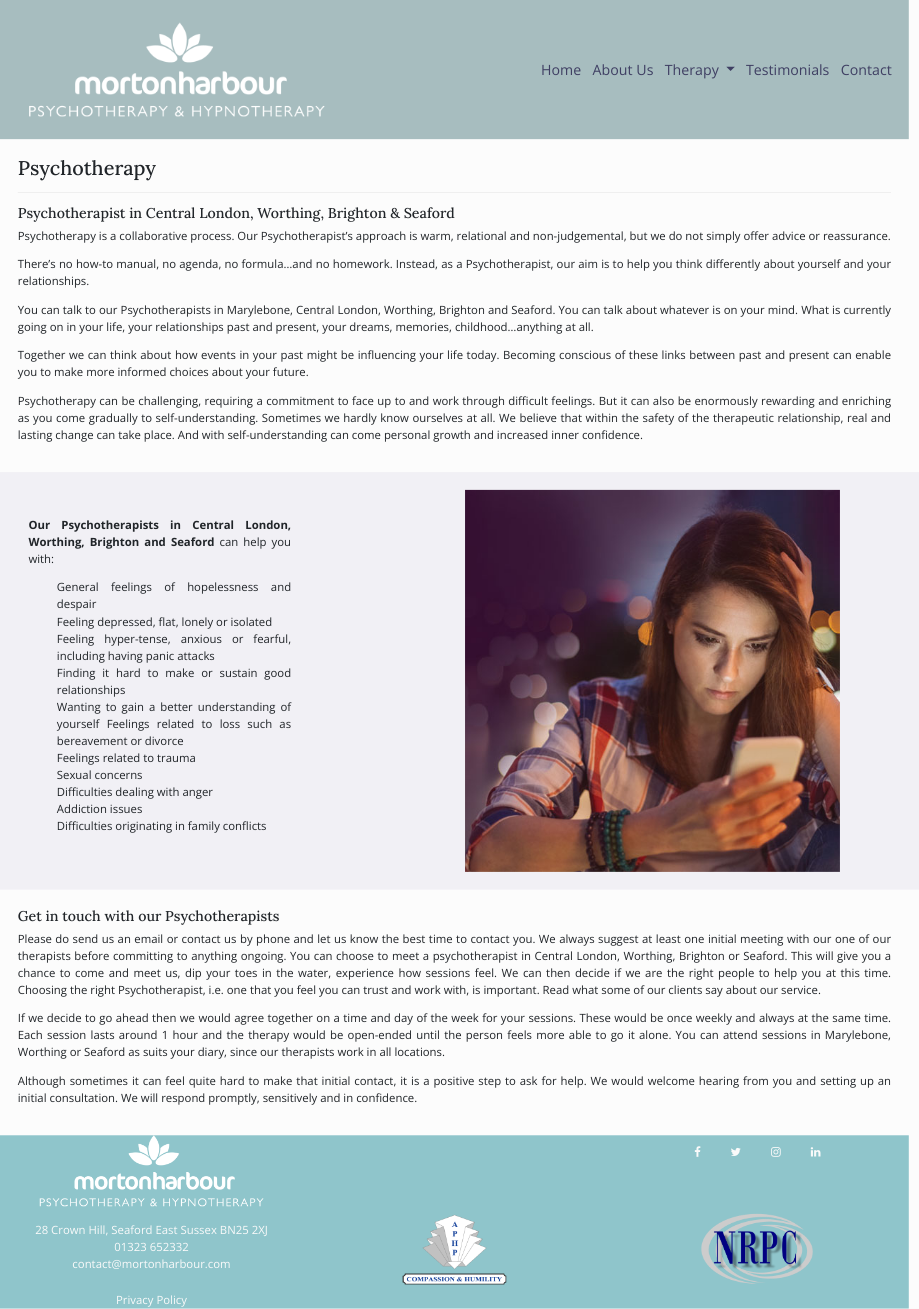
Repository: Code-Institute-Submissions/mortonharbour
Page: psychotherapy.html
The author's editor kept a record of every edit. The page is drawn from the files as they stood at one moment, then again after the next edit.
The browser window is 1280 px wide. The page is 1295 px wide, so the pictures cover 1295 px, including what lies to the right of the window. The pictures show the whole page, at 71% of full size.
Some web libraries are served in a nearby version.

Above is the page before.

### psychotherapy.html
<!DOCTYPE html>
<html lang="en">

<head>
    <meta charset="UTF-8">
    <meta name="viewport" content="width=device-width, initial-scale=1.0">
    <meta http-equiv="X-UA-Compatible" content="ie=edge">

    <!--Links to Bootstrap, JavaScript and FontAwesome cdn, customer style.css file-->
    <link rel="stylesheet" href="https://stackpath.bootstrapcdn.com/bootstrap/4.4.0/css/bootstrap.min.css" integrity="sha384-SI27wrMjH3ZZ89r4o+fGIJtnzkAnFs3E4qz9DIYioCQ5l9Rd/7UAa8DHcaL8jkWt" crossorigin="anonymous">
    <link rel="stylesheet" href="https://stackpath.bootstrapcdn.com/font-awesome/4.7.0/css/font-awesome.min.css" type="text/css" />
    <script src="https://code.jquery.com/jquery-3.2.1.slim.min.js" integrity="sha384-KJ3o2DKtIkvYIK3UENzmM7KCkRr/rE9/Qpg6aAZGJwFDMVNA/GpGFF93hXpG5KkN" crossorigin="anonymous"></script>
    <script src="https://cdnjs.cloudflare.com/ajax/libs/popper.js/1.11.0/umd/popper.min.js" integrity="sha384-b/U6ypiBEHpOf/4+1nzFpr53nxSS+GLCkfwBdFNTxtclqqenISfwAzpKaMNFNmj4" crossorigin="anonymous"></script>
    <script src="https://maxcdn.bootstrapcdn.com/bootstrap/4.0.0-beta/js/bootstrap.min.js" integrity="sha384-h0AbiXch4ZDo7tp9hKZ4TsHbi047NrKGLO3SEJAg45jXxnGIfYzk4Si90RDIqNm1" crossorigin="anonymous"></script>

    <link rel="stylesheet" href="assets/css/style.css" />

    <title>Psychotherapy</title>
</head>

<body>
    <header>
        <nav class="navbar navbar-expand-lg navbar-light">
            <a href="index.html" class="col-sm-4 logo"><span class="sr-only">Home</span></a>
            <button class="navbar-toggler" type="button" data-toggle="collapse" data-target="#navbarSupportedContent" aria-controls="navbarSupportedContent" aria-expanded="false" aria-label="Toggle navigation">
            <span class="navbar-toggler-icon"></span>
            </button>
            <div class="collapse navbar-collapse justify-content-end" id="navbarSupportedContent">
                <ul class="navbar-nav">
                    <li class="nav-item active">
                        <a class="nav-link" href="index.html">Home</a>
                    </li>
                    <li class="nav-item active">
                        <a class="nav-link" href="about us.html">About Us</a>
                    </li>
                    <li class="nav-item dropdown">
                        <a class="nav-link dropdown-toggle" href="therapy.html" id="navbarDropdown" role="button" data-toggle="dropdown" aria-haspopup="true" aria-expanded="false">
                          Therapy
                        </a>
                        <div class="dropdown-menu" aria-labelledby="navbarDropdown">
                            <a class="dropdown-item" href="psychotherapy.html">Psychotherapy</a>
                            <a class="dropdown-item" href="hypnotherapy.html">Hypnotherapy</a>
                        </div>
                    </li>
                    <li class="nav-item active">
                        <a class="nav-link" href="testimonials.html">Testimonials</a>
                    </li>
                    <li class="nav-item active">
                        <a class="nav-link" href="contact.html">Contact</a>
                    </li>
                </ul>
            </div>
        </nav>
    </header>
    <section class="main-content-text">
        <div class="row">
            <div class="col-sm-12">
                <h3>Psychotherapy</h3>
                <hr>
                <h5>Psychotherapist in Central London, Worthing, Brighton & Seaford</h5>
                <p>Psychotherapy is a collaborative process. Our Psychotherapist’s approach is warm, relational and non-judgemental, but we do not simply offer advice or reassurance.</p>
                <p>There’s no how-to manual, no agenda, no formula…and no homework. Instead, as a Psychotherapist, our aim is to help you think differently about yourself and your relationships.</p>
                <p>You can talk to our Psychotherapists in Marylebone, Central London, Worthing, Brighton and Seaford. You can talk about whatever is on your mind. What is currently going on in your life, your relationships past and present, your dreams,
                    memories, childhood…anything at all.</p>
                <p>Together we can think about how events in your past might be influencing your life today. Becoming conscious of these links between past and present can enable you to make more informed choices about your future.</p>
                <p>Psychotherapy can be challenging, requiring a commitment to face up to and work through difficult feelings. But it can also be enormously rewarding and enriching as you come gradually to self-understanding. Sometimes we hardly know ourselves
                    at all. We believe that within the safety of the therapeutic relationship, real and lasting change can take place. And with self-understanding can come personal growth and increased inner confidence.</p>
            </div>
        </div>
    </section>
    <section>
        <div class="row psychotherapy-call-out-section">
            <div class="col-sm-6 my-auto">
                <div class="col-sm-2"></div>
                <div class="col-sm-8">
                    <p><strong>Our Psychotherapists in Central London, Worthing, Brighton and Seaford</strong> can help you with:
                        <ul>
                            <li>
                                General feelings of hopelessness and despair
                            </li>
                            <li>
                                Feeling depressed, flat, lonely or isolated
                            </li>
                            <li>
                                Feeling hyper-tense, anxious or fearful, including having panic attacks
                            </li>
                            <li>
                                Finding it hard to make or sustain good relationships
                            </li>
                            <li>
                                Wanting to gain a better understanding of yourself Feelings related to loss such as bereavement or divorce
                            </li>
                            <li>
                                Feelings related to trauma
                            </li>
                            <li>
                                Sexual concerns
                            </li>
                            <li>
                                Difficulties dealing with anger
                            </li>
                            <li>
                                Addiction issues
                            </li>
                            <li>
                                Difficulties originating in family conflicts
                            </li>
                        </ul>
                </div>
                <div class="col-sm-2"></div>
            </div>

            <div class="col-sm-6">
                <img src="assets/images/psychotherapy-call-out.jpg" class="psychotherapy-call-out-image">

            </div>
        </div>
    </section>
    <section class="main-content-text">
        <div class="row">
            <div class="col-sm-12">
                <h5>Get in touch with our Psychotherapists</h5>
                <p>Please do send us an email or contact us by phone and let us know the best time to contact you. We always suggest at least one initial meeting with our one of our therapists before committing to anything ongoing. You can choose to meet
                    a psychotherapist in Central London, Worthing, Brighton or Seaford. This will give you a chance to come and meet us, dip your toes in the water, experience how sessions feel. We can then decide if we are the right people to help you
                    at this time. Choosing the right Psychotherapist, i.e. one that you feel you can trust and work with, is important. Read what some of our clients say about our service.</p>
                <p>If we decide to go ahead then we would agree together on a time and day of the week for your sessions. These would be once weekly and always at the same time. Each session lasts around 1 hour and the therapy would be open-ended until the
                    person feels more able to go it alone. You can attend sessions in Marylebone, Worthing or Seaford as suits your diary, since our therapists work in all locations.</p>
                <p>Although sometimes it can feel quite hard to make that initial contact, it is a positive step to ask for help. We would welcome hearing from you and setting up an initial consultation. We will respond promptly, sensitively and in confidence.</p>
            </div>
        </div>
    </section>
    <footer class="container-fluid">
        <div class="row">
            <a href="index.html" class="col-sm-4 footer-logo">
                <span class="sr-only">Home</span>
            </a>
            <div class="div col-sm-4"></div>
            <div class="col-sm-4">
                <ul class="list-inline text-center social-media-icons">
                    <li class="list-inline-item">
                        <a target="_blank" href="https://www.facebook.com/MortonHarbour/">
                            <i class="fa fa-facebook" aria-hidden="true"></i>
                            <span class="sr-only">Facebook</span>
                        </a>
                    </li>
                    <li class="list-inline-item">
                        <a target="_blank" href="https://twitter.com/mortonharbour">
                            <i class="fa fa-twitter" aria-hidden="true"></i>
                            <span class="sr-only">Twitter</span>
                        </a>
                    </li>
                    <li class="list-inline-item">
                        <a target="_blank" href="https://www.instagram.com/morton_harbour/">
                            <i class="fa fa-instagram" aria-hidden="true"></i>
                            <span class="sr-only">Instagram</span>
                        </a>
                    </li>
                    <li class="list-inline-item">
                        <a target="_blank" href="https://www.linkedin.com/in/magda-harbour-maphp-51b590b4/">
                            <i class="fa fa-linkedin" aria-hidden="true"></i>
                            <span class="sr-only">LinkedIn></span>
                        </a>
                    </li>
                </ul>
            </div>
        </div>
        <div class="row">
            <div class="div col-sm-4 text-center footer-address">
                <address>28 Crown Hill, Seaford East Sussex BN25 2XJ</br>
                <a href="tel:+01323652332">01323 652332
                    <span class="sr-only">Contact Number</span>
                </a></br>
                <a href="mailto:contact@mortanharbour.com">contact@mortonharbour.com
                    <span class="sr-only">Email Address</span>
                </a>
                </address>
            </div>
            <a href="https://www.aphp.co.uk/" target="_blank" class="col-sm-4 aphp-logo">
                <span class="sr-only">APHP Link</span>
            </a>
            <a href="https://www.nrpc.co.uk/" target="_blank" class="col-sm-4 nrpc-logo">
                <span class="sr-only">NRPC Link</span>
            </a>
        </div>
        <div class="row">
            <div class="col-sm-4 text-center privacy-policy">
                <div class="col-sm-8"></div>
                <a href="privacy policy.html" target="_blank"><span class="sr-only">Pricay Policy</span>Privacy Policy</a>
            </div>
        </div>

    </footer>
</body>

</html>

### assets/css/style.css
/*----------------------------------------------Fonts*/

@import url('https://fonts.googleapis.com/css?family=Lora:100,200,300,400,500,600,700|Open+Sans:100,200,300,400,500,600,700');

/*----------------------------------------------Colors*/

/*off-white color: #fafafa
olive color: #63757A
light teal color: #a7bdbf*/

.navbar-light .nav-item.active .nav-link {
    color: #3f3f63;
}

#navbarDropdown {
    color: #3f3f63;
}

.dropdown-menu {
    background-color: #fafafa;
}

.dropdown-item {
    color: #3f3f63;
}



/*----------------------------------------------Header*/

header {
    margin: 0;
    background-color: #a7bdbf;
}

.logo {
    background: url("../images/logo.png");
    background-position: center;
    margin-left: 25px;
    margin-right: 25px;
    background-repeat: no-repeat;
    background-size: contain;
    min-height: 180px;
    transition: all .5s ease-in-out;
    -moz-transition: all .5s ease-in-out;
    -webkit-transition: all .5s ease-in-out;
    -o-transition: all .5s ease-in-out;
}

/*----------------------------------------------Navigation*/

.navbar {
    font-size: 1.25rem;
    font-family: "Open Sans", sans-serif;
    font-weight: 300;
}

.dropdown-menu {
    border: none;
    background-color: transparent;
}

.dropdown-item {
    font-weight: 300;
}

.navbar-toggler {
    border: none;
}

/*--------------------------------------------------------Body*/

h1,
h2,
h3,
h4,
h5,
h6 {
    font-family: "Lora", sans-serif;
}

body {
    font-family: "Open Sans", sans-serif;
    background-color: #fcfcfc;
}

.index-first-section {
    padding-right: 25px;
}

.index-second-section {
    padding-top: 15px;
}

.main-content-text {
    padding: 25px;
}

#privacy-policy-wording {
    margin: 25px;
}

.privacy-policy-links {
    color: #3f3f63;
}

.website-links {
    color: #8fc5cb;
}

.img-fluid {
     padding: 10px;
}

.quote-icons {
    max-height: 50px;
    max-width: 50px;
}

.card-deck {
    padding: 15px;
}

.testimonial-cards-olive {
    background-color: #F5F6F2;
    color: #3f3f63;
    border: none;
}

.testimonial-cards-rose {
    background-color: #F1F0F5;
    color: #3f3f63;
    border: none;
}

.caption-text {
    padding-top: 25px;
}

.card-magda {
    color: #3f3f63;
    background-color: #F5F6F2;
}

.card-christian {
    color: #3f3f63;
    background-color: #F1F0F5;
}

.card-outer {
    padding: 0;
}

.card-inner-padding {
    padding: 25px;
}

.card-links {
    color: #3f3f63;
}

.why-us-bullets {
    min-height: 25px;
    padding-top: 15px;
}

.collapse-bullets-one {
    font-size: 13px;
    color: #3f3f63;
    background-color: #F5F6F2;
}

.collapse-bullets-two {
    font-size: 13px;
    color: #3f3f63;
    background-color: #F1F0F5;
}

.psychotherapy-call-out-section {
    background-color: #F1F0F5;
    padding: 25px;
}

.psychotherapy-call-out-image {
    max-width: 100%;
    height: auto;
    vertical-align: top;
}

ul {
    list-style-type: none;
}

/*--------------------------------------------------------Form*/

.newsletter-signup {
    min-height: 75px;
    text-align: center;
    padding: 30px;
    background-color: #F1F0F5;
    color: #3f3f63;
}

#first-name {
    margin: 5px;
    text-align: center;
}

#last-name {
    margin: 5px;
    text-align: center;
}

#email-address {
    margin: 5px;
    text-align: center;
}

#submit-button {
    margin: 5px;
    background-color: #3f3f63;
    border-color: #6c757d;
    color: #fafafa;
}

/*----------------------------------------------Footer*/

footer {
    margin: 0;
    background-color: #8fc5cb;
    min-height: 180px;
}

.social-media-icons li a i {
    color: #fafafa;
    padding: 15px;
}


.footer-address {
    font-family: "Open Sans", sans-serif;
    font-size: 1rem;
    color: #fafafa;
    margin: auto 0;
    padding: 0;
}

.footer-address address a {
    font-family: "Open Sans", sans-serif;
    font-size: 1rem;
    color: #fafafa;
    margin: auto 0;
    padding: 0;
}

.footer-logo {
    background: url("../images/footer-logo.png");
    background-position: center;
    padding: 15px 25px;
    background-repeat: no-repeat;
    background-size: contain;
    min-height:100px;
    margin-bottom: 10px;
    transition: all .5s ease-in-out;
    -moz-transition: all .5s ease-in-out;
    -webkit-transition: all .5s ease-in-out;
    -o-transition: all .5s ease-in-out;
}

.aphp-logo {
    background: url("../images/aphp-logo.png");
    background-position: center;
    padding: 15px 25px;
    background-repeat: no-repeat;
    background-size: contain;
    min-height:100px;
    margin-bottom: 10px;
    transition: all .5s ease-in-out;
    -moz-transition: all .5s ease-in-out;
    -webkit-transition: all .5s ease-in-out;
    -o-transition: all .5s ease-in-out;
}

.nrpc-logo {
    background: url("../images/nrpc-logo.png");
    background-position: center;
    padding: 15px 25px;
    background-repeat: no-repeat;
    background-size: contain;
    min-height:100px;
    margin-bottom: 10px;
    transition: all .5s ease-in-out;
    -moz-transition: all .5s ease-in-out;
    -webkit-transition: all .5s ease-in-out;
    -o-transition: all .5s ease-in-out;
}

.privacy-policy a {
    font-family: "Open Sans", sans-serif;
    font-size: 1rem;
    color: #fafafa;
}

.privacy-table {
    border-collapse: collapse;
    border-spacing: 0;
    border: 1.5px solid #a7bdbf;
    margin: 10px;
}

.privacy-data {
    border: 1.5px solid #a7bdbf;
    padding: 10px 5px;
    text-align: center;
}

/*----------------------------------------------Hover*/

#submit-button:hover {
    background-color: #e7edeb;
    border-color: #fafafa;
    color: #3f3f63;
    font-weight: 600;
    transition: all 1s ease-in-out;
    -webkit-transition: all 1s ease-in-out;
    -o-transition: all 1s ease-in-out;
    -moz-transition: all 1s ease-in-out;
}

.navbar-light .nav-item.active .nav-link:hover {
    text-decoration: none;
    color: #e7edeb;
}

#navbarDropdown:hover {
    color: #e7edeb;
}

.dropdown-item:hover {
    background-color: transparent;
    color: #e7edeb;
}

.footer-address address a:hover {
    text-decoration: none;
    color: #3f3f63;
}

.social-media-icons li a i:hover {
    text-decoration: none;
    color: #3f3f63;
}

.privacy-policy a:hover {
    text-decoration: none;
    color: #3f3f63;
}

.privacy-policy-links:hover {
    text-decoration: none;
    color: #8fc5cb;
}

.website-links:hover {
    text-decoration: none;
    color: #3f3f63;
}

.img-fluid:hover {
    filter: grayscale(75%);
    cursor: pointer;
    transition: all 1s ease-in-out;
    -webkit-transition: all 1s ease-in-out;
    -o-transition: all 1s ease-in-out;
    -moz-transition: all 1s ease-in-out;
}

.card-links:hover {
    text-decoration: none;
    color: #8fc5cb;
}

.hvr-shadow {
  display: inline-block;
  vertical-align: middle;
  -webkit-transform: perspective(1px) translateZ(0);
  transform: perspective(1px) translateZ(0);
  box-shadow: 0 0 1px rgba(0, 0, 0, 0);
  -webkit-transition-duration: 0.3s;
  transition-duration: 0.3s;
  -webkit-transition-property: box-shadow;
  transition-property: box-shadow;
}
.hvr-shadow:hover, .hvr-shadow:focus, .hvr-shadow:active {
  box-shadow: 0 10px 10px -10px rgba(143, 197, 203, 0.5);
  cursor: pointer;
  color: #3f3f63;
}


/*----------------------------------------------Media Queries*/

/* Small devices (under 576px */

@media (min-width: 0px) {
    .navbar-nav {
        text-align: center;
    }
    .navbar-toggler {
        position: relative;
        left: 50%;
        transform: translatex(-50%);
    }
    body {
        text-align: left;
    }
}

/* Small devices (landscape phones, 576px and up) */
@media (min-width: 576px) {
    .navbar-toggler {
        margin-top: 15px;
    }
    body {
        text-align: left;
    }
}

/* Medium devices (tablets, 768px and up) */

@media (min-width:768px) {
    .navbar-toggler {
        position: static;
    }
    body {
        text-align: justify;
    }
}

After the next edit:
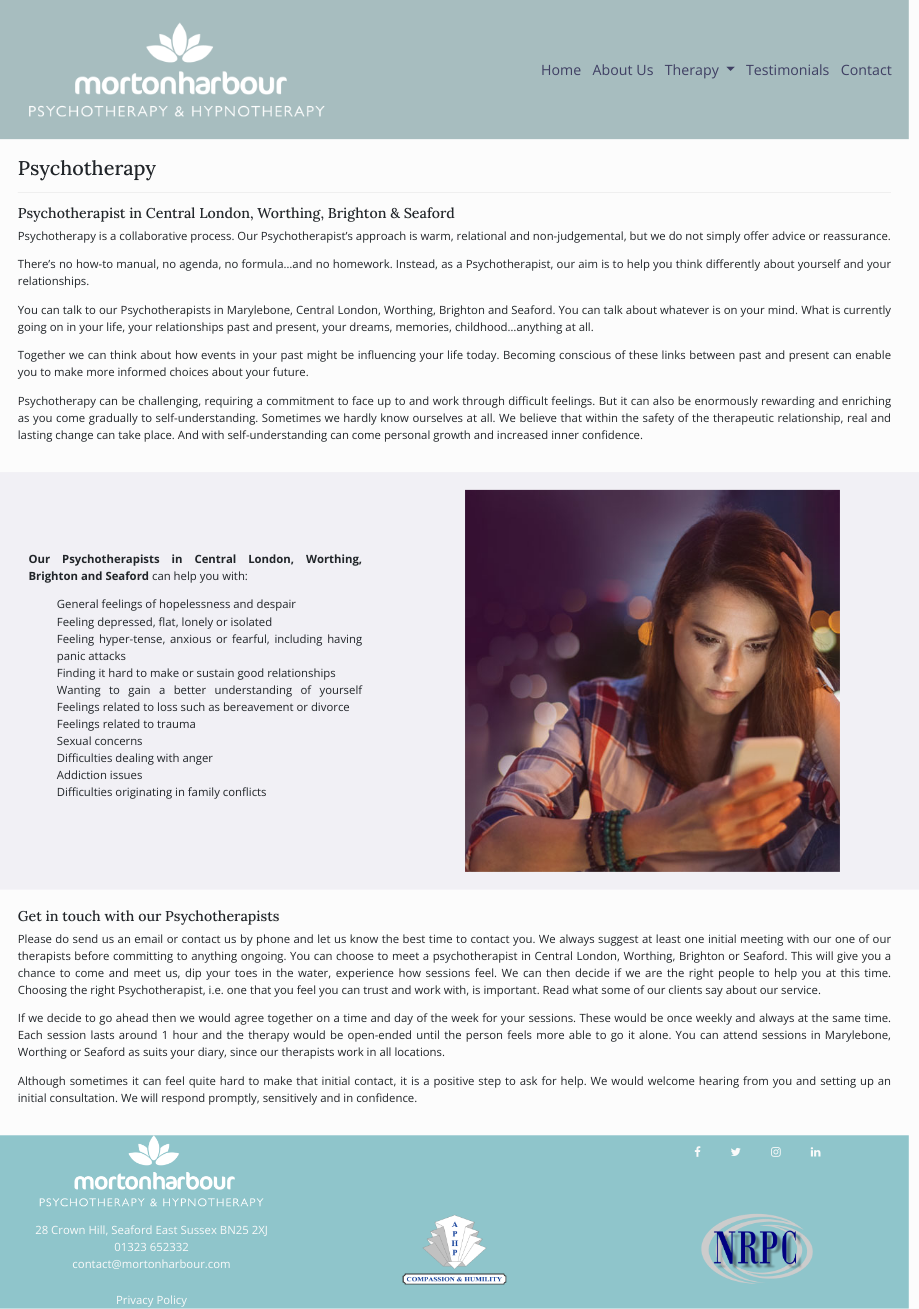
The edit:
--- a/psychotherapy.html
+++ b/psychotherapy.html
@@ -71,8 +71,8 @@
     <section>
         <div class="row psychotherapy-call-out-section">
             <div class="col-sm-6 my-auto">
-                <div class="col-sm-2"></div>
-                <div class="col-sm-8">
+                <div class="col-sm-1"></div>
+                <div class="col-sm-10">
                     <p><strong>Our Psychotherapists in Central London, Worthing, Brighton and Seaford</strong> can help you with:
                         <ul>
                             <li>
